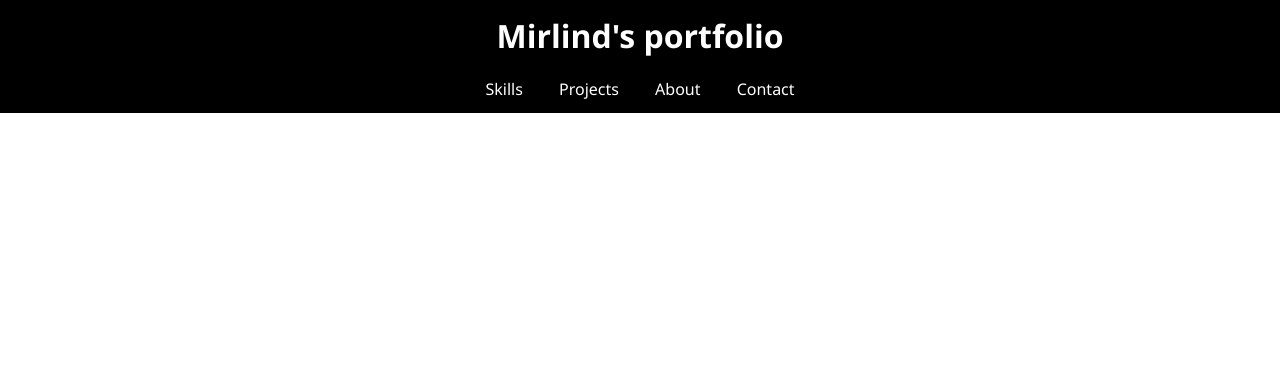
Repository: mirkbirki/mirkbirki.github.io
Page: index.html
The author's editor kept a copy of each file at every save. The page is drawn from the files as they stood at one save, then again after the next save.
The browser window is 1280 px wide. The pictures show the whole page.

Above is the page before, as saved 2022-11-23 11:34:44.

After the next save:
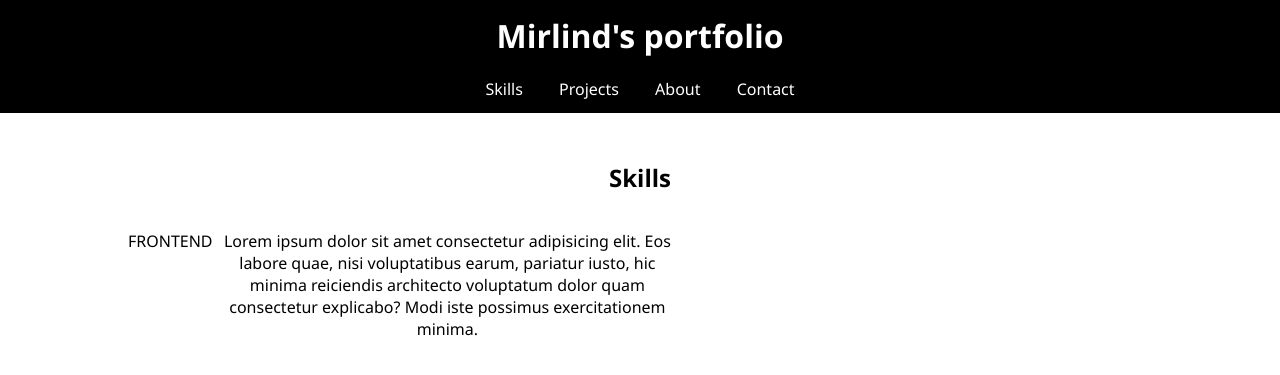
Saved 19 min 59 s later.
--- a/index.html
+++ b/index.html
@@ -20,6 +20,20 @@
                 </ul>
             </nav>
         </div>
+        <div id="skills">
+            <h2>Skills</h2>
+            <div class="grid-container-skills">
+                <div class="grid-skills-1">
+                    <p>FRONTEND
+                    </p>
+                </div>
+                <div class="grid-skills-2">
+                    <p>Lorem ipsum dolor sit amet consectetur adipisicing elit. Eos labore quae, nisi voluptatibus earum, pariatur iusto, hic minima reiciendis
+                        architecto voluptatum dolor quam consectetur explicabo? Modi iste possimus exercitationem minima.
+                        </p>
+                </div>
+            </div>
+        </div>
     </header>
 </body>
 </html>
--- a/styles.css
+++ b/styles.css
@@ -5,6 +5,8 @@
 body {
   margin: 0;
 }
+
+/* HEADER */
 
 .header-bar {
   width: 100%;
@@ -41,6 +43,28 @@ nav a:hover {
   color: gray;
 }
 
+/* SKILLS */
+
+#skills {
+  width: 80%;
+  margin: 3rem auto;
+  text-align: center;
+}
+
+.grid-container-skills {
+  display: grid;
+  grid-template-columns: auto auto;
+  margin: 0 auto;
+}
+
+.grid-skills-1 {
+  width: 50%;
+}
+
+.grid-skills-2 {
+  width: 50%;
+}
+
 @media screen and (max-width: 340px) {
   nav li {
     padding-right: 0.5rem;
